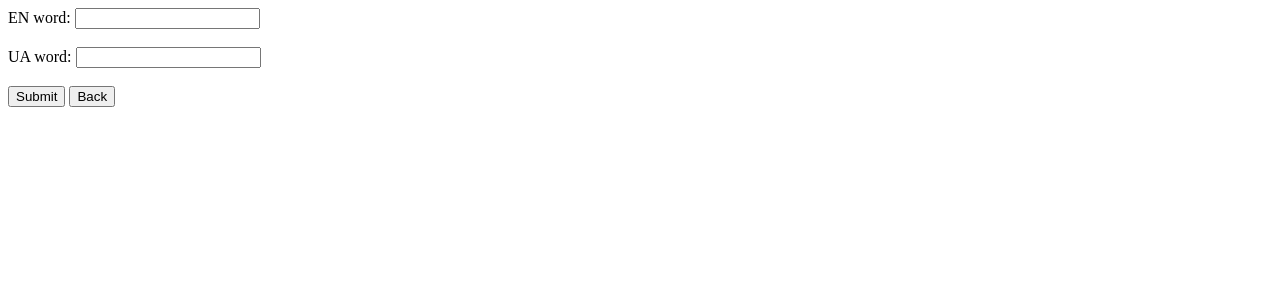
Repository: OleksandrDoskaliukKN313/IIC
Page: WebDictionary/WebContent/inputForm.html
These files come from the project's save history. The page is drawn as it stood at one moment and after the next save; the edit follows.
The browser window is 1280 px wide. The pictures show the whole page.

Above is the page before, as saved 2020-10-11 09:38:44.

### WebDictionary/WebContent/inputForm.html
<!DOCTYPE html>
<html>
<head>
<meta charset="UTF-8">
<title>Input Form</title>
</head>
<body>
<form action="addWord.jsp">
    EN word: <input name="en" />
    <br><br>
    UA word: <input name="ua" />
    <br></br>
    <input type="submit" value="Submit" />
    <button onclick="location.href='/'">Back</button>
</form>
</body>
</html>

After the next save:
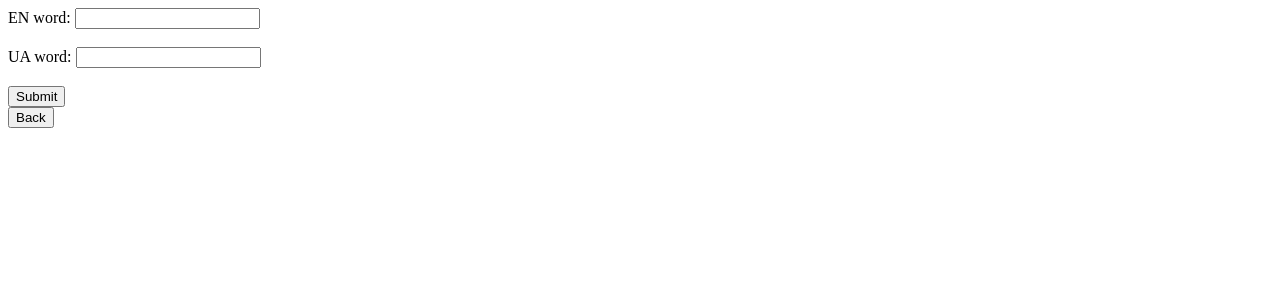
Saved 25 s later.
--- a/WebDictionary/WebContent/inputForm.html
+++ b/WebDictionary/WebContent/inputForm.html
@@ -11,7 +11,8 @@
     UA word: <input name="ua" />
     <br></br>
     <input type="submit" value="Submit" />
-    <button onclick="location.href='/'">Back</button>
+
 </form>
+ <button onclick="location.href='/'">Back</button>
 </body>
 </html>
